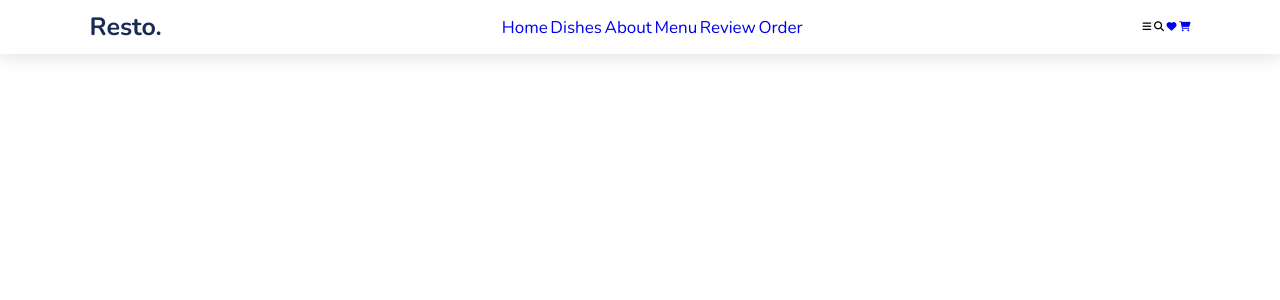
Repository: CarsonDev1/FoodWeb
Page: index.html
The author's editor kept a copy of each file at every save. The page is drawn from the files as they stood at one save, then again after the next save.
The browser window is 1280 px wide. The pictures show the whole page.
Some web libraries are served in a nearby version.

Above is the page before, as saved 2022-05-18 17:51:11.

After the next save:
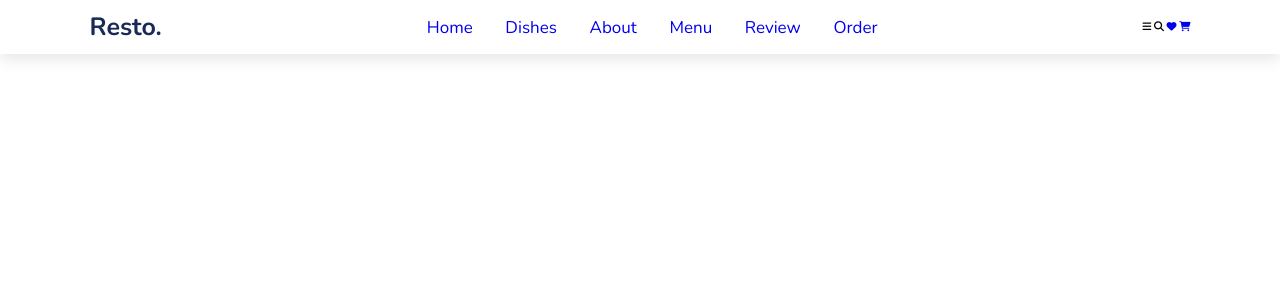
Saved 7 s later.
--- a/css/style.css
+++ b/css/style.css
@@ -45,4 +45,5 @@ header .logo i {
 header .navbar a {
   font-size: 1.7rem;
   border-radius: 0.5rem;
+  padding: 0.5rem 1.5rem;
 }
